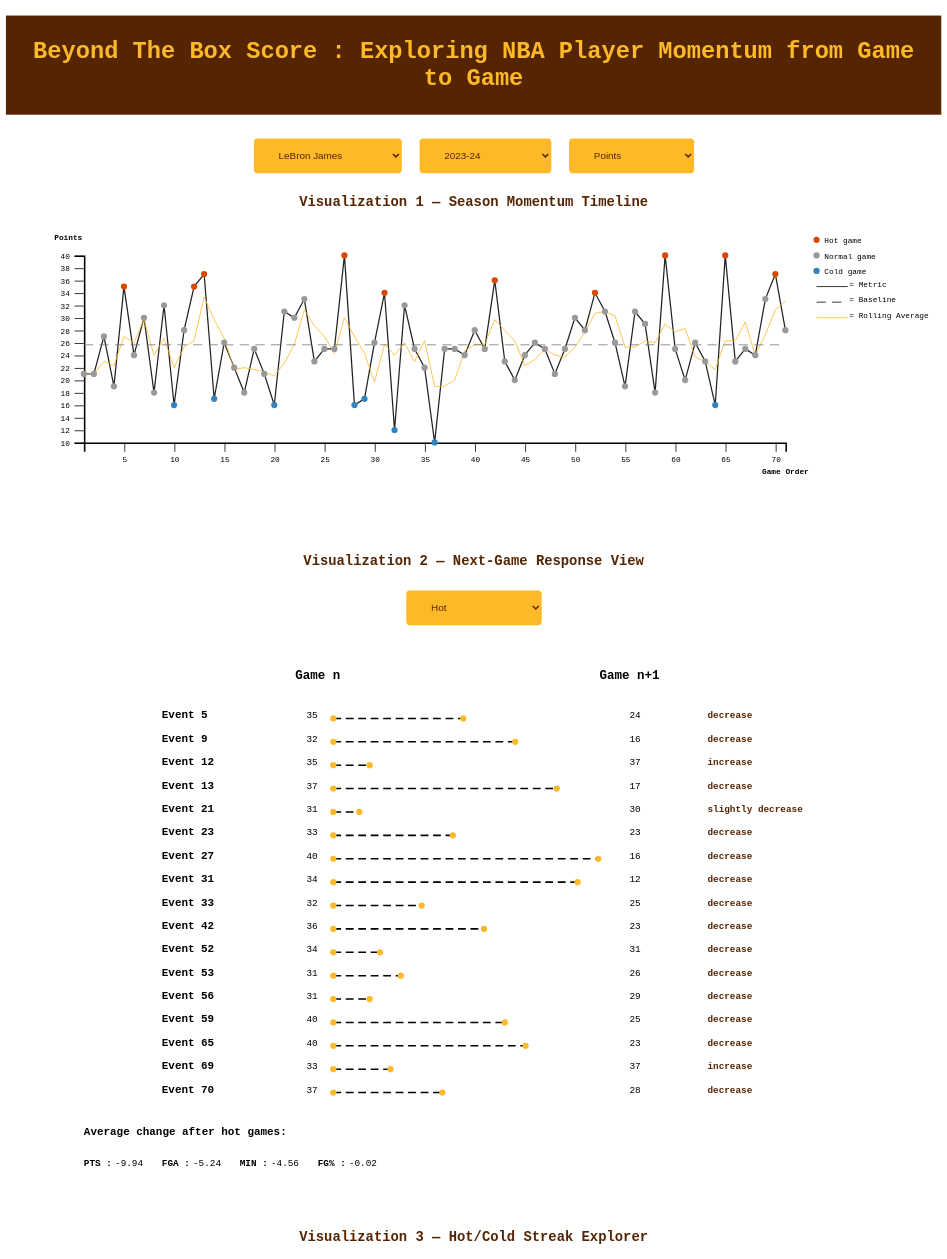
Repository: houdafatih/Data-Viz-Project
Page: index.html
An editor plug-in stored every save of this project. The page is shown before and after the next save, followed by the edit.
The browser window is 1280 px wide. The pictures show the whole page, at 74% of full size.

Above is the page before, as saved 2026-06-19 10:28:59.

### index.html
<!DOCTYPE html>
<html>
   <head>
    <meta charset="UTF-8"/>
    <title>Beyond The Box Score</title>
    <link rel="stylesheet" href="style.css" >
  </head>
  <body>
     <h1>Beyond The Box Score : Exploring NBA Player Momentum from Game to Game</h1>

     <div class="selection">
        <select id="playerSelect">
            <option selected disabled>Select a Player</option>
        </select>

        <select id="seasonSelect">
            <option selected disabled>Select a Season</option>
        </select>

        <select id="metricSelect">
            <option selected disabled>Select a metric</option>
            <option value="pts">Points</option>
            <option value="fga">FGA</option>
            <option value="min">Minutes</option>
            <option value="fg_pct">FG%</option>
            <option value="plus_minus">Plus/Minus</option>
        </select>
     </div>

     <h3>Visualization 1 — Season Momentum Timeline</h3>
     <div id="vizual1"></div>

     <h3>Visualization 2 — Next-Game Response View</h3>
     <div class="selection">
        <select id="performanceSelect">
            <option selected disabled>Select event type</option>
            <option value="all">All</option>
            <option value="hot">Hot</option>
            <option value="cold">Cold</option>
            <option value="normal">Normal</option>
        </select>
     </div>
     <div id="vizual2"></div>

     <h3>Visualization 3 — Hot/Cold Streak Explorer</h3>
     <!---<div id="vizual3"></div>

     <h3>Visualization 4 — Context Impact View</h3>
     <div id="vizual4"></div> ---->

  </body>
  <script src="https://d3js.org/d3.v7.min.js"></script>
  <script type="module" src="index.js"></script>
</html>

### style.css
body{
    padding: 0px;
}
h1{
  text-align: center;
  font-size: 2rem;
  font-family: "Courier New", Courier, monospace;
  color : #fdb927;
  background-color: #552503;
  padding: 30px;

}
.selection{
    text-align: center;
}
select{
    margin: 10px;
    padding: 15px 30px;
    border-radius: 5px;
    border: none;
    background: #fdb927;
    color:#552503;

}
select option:hover{
    background-color: #fdb927;
}



h3{
    color: #552503;
    font-family: "Courier New", Courier, monospace;
    text-align: center;
}
.tick{
    font-size: 5px;
}
line{
    stroke-width: 0.5px;
}
.label{
    color: #552503;
    font-family: "Courier New", Courier, monospace;
    font-weight: bold;
}

.tooltip{
    position: fixed;
    background: wheat;
    border: 1px solid #ccc;
    padding: 10px;
    font-size: 15px;
    opacity: 0;
    pointer-events: none;

}
text{
    font-family: "Courier New", Courier, monospace;
}
.tooltip2{
    position: fixed;
    background: #fdb927;
    border: 1px solid #ccc;
    padding: 10px;
    font-size: 15px;
    visibility: hidden;
    pointer-events: none;
}
.line2{
    stroke-width: 1px;
}

### index.js
import {playersData,seasonData} from "./scripts/utils.js";
import { drawVisualization1 } from "./scripts/visualization1.js";
import { drawVisualization2 } from "./scripts/visualization2.js";

d3.csv("data/nba.csv").then(function(data){

   data.forEach(element => {
        element.player_id = +element.player_id
        element.game_index = +element.game_index
        element.pts = +element.pts
        element.fga = +element.fga
        element.min = +element.min
        element.fg_pct = +element.fg_pct
        element.plus_minus = +element.plus_minus
        element.next_pts = +element.next_pts
        element.next_fga = +element.next_fga
        element.next_min = +element.next_min
        element.next_fg_pct = +element.next_fg_pct
        element.rolling_pts_avg_3 = +element.rolling_pts_avg_3
        element.baseline_pts = +element.baseline_pts
        element.pts_diff_from_baseline = +element.pts_diff_from_baseline
        element.streak_length = +element.streak_length
   });

   playersData(data)
   seasonData(data)

   const nba_data = data

   d3.select("#playerSelect").property("value",nba_data[0].player_name)

   d3.select("#seasonSelect").property("value",nba_data[0].season_year)

   d3.select("#metricSelect").property("value","pts")

   d3.select("#performanceSelect").property("value","hot")
   updateVisualizations(nba_data)


   d3.select("#playerSelect").on("change",() => updateVisualizations(nba_data))
   d3.select("#seasonSelect").on("change",() => updateVisualizations(nba_data))
   d3.select("#metricSelect").on("change",() => updateVisualizations(nba_data))
   d3.select("#performanceSelect").on("change",() => updateVisualizations(nba_data))

})

function updateVisualizations(nba_data){
    const player = d3.select("#playerSelect").property("value")
    const season = d3.select("#seasonSelect").property("value")
    const metric = d3.select("#metricSelect").property("value")
    const eventT = d3.select("#performanceSelect").property("value")

    if(player === "Select a Player" || season === "Select a Season" || metric === "Select a metric"){
        return
    }

    let data_filter = nba_data.filter(d => d.player_name === player && d.season_year == season)
    drawVisualization1(data_filter,"#vizual1",metric)

    if(eventT === "Select event type"){
        return
    }
    drawVisualization2(data_filter,"#vizual2",metric,eventT)

}

### scripts/utils.js
export function playersData(data){
    const players_list = [...new Set(data.map(dt => dt.player_name))]

    d3.select("#playerSelect").selectAll(".players-options").data(players_list)
    .enter().append("option").attr("class","players-options").attr("value",dt=>dt).text(dt => dt)
}

export function seasonData(data){
    const seasons_list = [...new Set(data.map(dt => dt.season_year))]
    d3.select("#seasonSelect").selectAll(".seasons-options").data(seasons_list)
    .enter().append("option").attr("class","seasons-options").attr("value",dt=>dt).text(dt => dt)
}

### scripts/visualization1.js
export function drawVisualization1(data,id,metric){
     if(data.length === 0) {
        clearCanvas(id)
        return
    }
     const canvas = createCanvas()

     clearCanvas(id)

     const svg = addSvg(id,canvas)
     const sc = addScales(data,canvas,metric)

     addAxes(svg,sc,canvas)
     addMetricLine(svg,sc,data,metric)
     addAverageLine(svg,sc,data,metric)
     addBaselineLine(svg,sc,data,metric)
     addPoints(svg,sc,data,metric)
     addLabels(svg,canvas,metric)

     addLegends(svg,canvas)
}

function createCanvas(){
    return{
        width : 600, height: 200, margin:{top: 20,right:100, bottom:60, left:50}
    }
}

function clearCanvas(id){
    d3.select(id).html("")
}

function addSvg(id,canvas){
    return d3.select(id).append("svg").attr("viewBox",`0 0 ${canvas.width} ${canvas.height}`)
}

function addScales(data,canvas,metric){
    const xScale =
    d3.scaleLinear().domain(d3.extent(data,dt => dt.game_index))
    .range([canvas.margin.left,canvas.width - canvas.margin.right])

    const yScale =
      d3.scaleLinear().domain([d3.min(data,d => d[metric]),d3.max(data,d => d[metric])])
      .nice().range([canvas.height - canvas.margin.bottom,canvas.margin.top])

    return {xScale,yScale}
}

function addAxes(svg, scales, canvas){
    svg.append("g").attr("transform",`translate(0, ${canvas.height - canvas.margin.bottom})`)
    .call(d3.axisBottom(scales.xScale))

    svg.append("g").attr("transform",`translate(${canvas.margin.left},0)`)
    .call(d3.axisLeft(scales.yScale))
}

function addMetricLine(svg,scales,data,metric){
    let line = d3.line().x(d => scales.xScale(d.game_index)).y(d => scales.yScale(d[metric]))

    svg.append("path").datum(data).attr("fill","none").attr("stroke","#222")
     .attr("stroke-width",0.8).attr("d",line)
}

function addAverageLine(svg,scales,data,metric){
    if(metric != "pts") return
    let avg_line = d3.line().x(d => scales.xScale(d.game_index)).y(d => scales.yScale(d.rolling_pts_avg_3))

    svg.append("path").datum(data).attr("fill","none").attr("stroke","#fdb927")
     .attr("stroke-width",0.5).attr("d",avg_line)
}

function addBaselineLine(svg,scales,data,metric){

    let base_line = d3.mean(data,d => d[metric])


    svg.append("line")
    .attr("x1",scales.xScale(d3.min(data,dt => dt.game_index))).attr("x2",scales.xScale(d3.max(data,dt => dt.game_index)))
    .attr("y1",scales.yScale(base_line)).attr("y2",scales.yScale(base_line))
    .attr("stroke","#777").attr("stroke-dasharray","6 4")
}

function addPoints(svg,scales,data,metric){
    const tooltip = toolTip()

    svg.selectAll("circle").data(data).enter()
     .append("circle").attr("class","game-pt")
     .attr("cx", d => scales.xScale(d.game_index))
     .attr("cy",d => scales.yScale(d[metric]))
     .attr("r",2).attr("fill",d => colorPoint(d.performance_label))
     .on("mouseover",function(event,d){
        d3.select(this).attr("r",3)
        tooltip.style("opacity",1).html(tooltipInformations(d))
     })
     .on("mousemove",function(event){
        tooltip.style("left",event.clientX+15+"px")
          .style("top",event.clientY-20+"px")
     })
     .on("mouseout",function(){
        d3.select(this)
        .attr("r",2)
        tooltip.style("opacity",0)
     })
     //.on("click",function(event,d){
       // highlightGameandNextGame(svg,data,d)
    // })



}

function colorPoint(perf){
    if(perf === "hot") return "#d94801"
    if(perf === "cold") return "#3182bd"
    return "#999"
}

function addLabels(svg,canvas,metric){
    svg.append("text").attr("class","label")
    .attr("x",canvas.width - 100).attr("y",canvas.height-40)
    .attr("text-anchor","middle").attr("font-size","5px")
    .text("Game Order")

    svg.append("text").attr("class","label")
    .attr("x",40).attr("y",10)
    .attr("text-anchor","middle").attr("font-size","5px")
    .text(metricName(metric))
}

function metricName(metric){
    if(metric === "pts") return "Points"
    if(metric === "fga") return "Field Goal Attempts"
    if(metric === "min") return "Minutes"
    if(metric === "fg_pct") return "Field Goal Percentage"
    if(metric === "plus_minus") return "Plus / Minus"
}

function addLegends(svg,canvas){
    const lg = svg.append("g").attr("transform",
        `translate(${canvas.width - canvas.margin.right+20},${canvas.margin.top-10})`)


    lg.append("circle").attr("cx",0).attr("cy",0).attr("r",2).attr("fill","#d94801")
    lg.append("text").attr("x",5).attr("y",2).text("Hot game").attr("font-size","5px")

    lg.append("circle").attr("cx",0).attr("cy",10).attr("r",2).attr("fill","#999")
    lg.append("text").attr("x",5).attr("y",12).text("Normal game").attr("font-size","5px")

    lg.append("circle").attr("cx",0).attr("cy",20).attr("r",2).attr("fill","#3182bd")
    lg.append("text").attr("x",5).attr("y",22).text("Cold game").attr("font-size","5px")


    lg.append("line").attr("x1",0).attr("x2",20).attr("y1",30).attr("y2",30)
    .attr("stroke","black").attr("stroke-width",2)
    lg.append("text").attr("x",21).attr("y",30).text(" = Metric").attr("font-size","5px")

    lg.append("line").attr("x1",0).attr("x2",20).attr("y1",40).attr("y2",40)
    .attr("stroke","black").attr("stroke-dasharray","6 4")
    lg.append("text").attr("x",21).attr("y",40).text(" = Baseline").attr("font-size","5px")

    lg.append("line").attr("x1",0).attr("x2",20).attr("y1",50).attr("y2",50)
    .attr("stroke-width",2).attr("stroke","#fdb927")
    lg.append("text").attr("x",21).attr("y",50).text(" = Rolling Average").attr("font-size","5px")
}

function toolTip(){
    let tooltip = d3.select("body").select(".tooltip")
    if(tooltip.empty()){
        tooltip = d3.select("body").append("div").attr("class","tooltip")
    }

    return tooltip
}

function tooltipInformations(data){
    return `<strong> Game ${data.game_index} </strong><br>
            Date : ${data.game_date}<br>
            Home/Away : ${data.home_away}<br>
            Points : ${data.pts}<br>
            Minutes : ${data.min}<br>
            FGA : ${data.fga}<br>
            Next Game Points : ${data.next_pts}<br>`
}

function highlightGameandNextGame(svg,data,selected){
    const nextG = data.find(d => d.game_index === selected.game_index + 1)

    svg.selectAll(".game-point").attr("r",8).attr("stroke","none").attr("opacity",0.4)

    svg.selectAll(".game-point").filter(d => d.game_index === selected.game_index)
    .attr("stroke","black").attr("stroke-width",3).attr("r",5).attr("opacity",1)

    if(nextG){
        svg.selectAll(".game-point").filter(d => d.game_index === nextG.game_index)
       .attr("stroke","#3182bd").attr("stroke-width",3).attr("r",8).attr("opacity",1)
    }
}

### scripts/visualization2.js
export function drawVisualization2(data,id,metric,eventT){
    if(data.length === 0) {
        clearCanvas(id)
        return
    }


     let new_data = createData(data,metric)

     if(eventT !== "all"){
        new_data = new_data.filter(d => performance_filter(d.current_g,data,metric) === eventT)
     }

     const canvas = createCanvas(new_data)

     clearCanvas(id)

     const svg = addSvg(id,canvas)

     draw_Header(svg,200,400)
     draw_Rows(svg,new_data,200,400,canvas.margin,15)
     addSummaryCard(svg,new_data,eventT,canvas)

}
function createCanvas(new_data){
    return{
        width : 600, height: 100 + new_data.length *16 , margin:{top: 20,right:100, bottom:60, left:50}
    }
}

function clearCanvas(id){
    d3.select(id).html("")
}

function addSvg(id,canvas){
    return d3.select(id).append("svg").attr("viewBox",`0 0 ${canvas.width} ${canvas.height}`)
}

function createData(data,metric){
   const new_data = data.slice().sort((a,b) => a.game_index - b.game_index)

   return new_data.slice(0,-1).map((d,j) => {
      const nextG = new_data[j+1]

      return {
        eventN: j+1,
        game_idx : d.game_index,
        nextg_index : nextG.game_index,
        current_v: d[metric],
        next_v : nextG[metric],
        difference : nextG[metric] - d[metric],
        current_g : d,
        next_g : nextG
      }
   })
}

function draw_Header(svg,left,right){
    svg.append("text").attr("x",left).attr("y",30)
    .attr("text-anchor","middle").attr("font-weight","bold").attr("font-size","8px").text("Game n")

    svg.append("text").attr("x",right).attr("y",30)
    .attr("text-anchor","middle").attr("font-weight","bold").attr("font-size","8px").text("Game n+1")

}

function draw_Rows(svg,new_data,left,right,margin,r_height){
    const tooltip = toolTip2(new_data)

    const rows = svg.selectAll(".response-row").data(new_data).enter()
     .append("g").attr("class","response-row")
     .attr("transform",(d,j) => `translate(0,${margin.top+j*r_height})`)

    rows.append("text").attr("x",100).attr("y",35).text(d =>`Event ${d.eventN}` )
     .attr("font-size","7px").attr("font-weight","bold")
    rows.append("text").attr("x",left).attr("y",35).attr("text-anchor","end").text(d => d.current_v).attr("font-size","6px")

    const line_scale = d3.scaleLinear().domain([0,d3.max(new_data, d => Math.abs(d.difference))]).range([20,180])

    rows.append("line").attr("x1",left+10).attr("class","line2")
    .attr("x2",d => { const l= line_scale(Math.abs(d.difference))
        return left+l

    })
    .attr("y1",35).attr("y2",35).attr("stroke","black").attr("stroke-dasharray","5 3")
    .on("mouseover",function(event,d){
        tooltip.style("visibility","visible").html(tooltipInformations2(d))
     })
     .on("mousemove",function(event){
        tooltip.style("left",event.clientX+15+"px")
          .style("top",event.clientY-20+"px")
     })
     .on("mouseout",function(){
        tooltip.style("visibility","hidden")
     })

    rows.append("circle").attr("cx",left+10).attr("cy",35).attr("r",2).attr("fill","#fdb927")
    rows.append("circle").attr("cx",d => { const l= line_scale(Math.abs(d.difference))
        return left+l

    }).attr("cy",35).attr("r",2).attr("fill","#fdb927")

    rows.append("text").attr("x",right).attr("y",35).text(d => d.next_v).attr("font-size","6px")

    rows.append("text").attr("x",right+50).attr("y",35).text(d => difference_label(d.difference))
    .attr("font-size","6px").attr("fill","#552503").attr("font-weight","bold")

}

function difference_label(diff){
    if(diff > 1) return "increase"
    if(diff < -1) return "decrease"
    if(diff < 0) return "slightly decrease"
    if(diff > 0) return "slightly increase"
    return "stable"
}

function performance_filter(d,data,metric){
   const bLine = d3.mean(data,dt => dt[metric])
   const th = Math.abs(bLine) * 0.2
   const dv = d[metric] - bLine

   if(dv > th) return "hot"
   if(dv < -th) return "cold"
   return "normal"
}

function addSummaryCard(svg,new_data,eventT,canvas){

    svg.append("text").attr("x",50).attr("y",canvas.height-50)
    .attr("font-weight","bold").text(`Average change after ${eventT} games:`).attr("font-size","7px")

    const metrics_change = new_data.map(d => {
        const pts = d.current_g["next_pts"] - d.current_g["pts"]
        const fga = d.current_g["next_fga"] - d.current_g["fga"]
        const min = d.current_g["next_min"] - d.current_g["min"]
        const fg_pct = d.current_g["next_fg_pct"] - d.current_g["fg_pct"]

        return {"pts":pts,"fga":fga,"min":min,"fg_pct":fg_pct}
    })

    const means = [
        {"avg":d3.mean(metrics_change,d => d.pts),"name":"PTS"},
        {"avg":d3.mean(metrics_change,d => d.fga),"name":"FGA"},
        {"avg":d3.mean(metrics_change,d => d.min),"name":"MIN"},
        {"avg":d3.mean(metrics_change,d => d.fg_pct),"name":"FG%"}
    ]

    means.forEach((element,i) => {
        let position = canvas.margin.left+i*50
        svg.append("text").attr("x",position).attr("y",canvas.height-30)
        .attr("font-size","6px").attr("font-weight","bold")
        .text(`${element.name} : `)
        svg.append("text").attr("x",position+20).attr("y",canvas.height-30)
        .attr("font-size","6px")
        .text(`${element.avg.toFixed(2)}`)

    });

}

function toolTip2(){
    let tooltip = d3.select("body").select(".tooltip2")
    if(tooltip.empty()){
        tooltip = d3.select("body").append("div").attr("class","tooltip2")
    }

    return tooltip
}

function tooltipInformations2(data){
    console.log(data)
    return `<strong> Game n - Date: ${data.current_g["game_date"]} </strong><br>
            <strong> Game n - Opponent: ${data.current_g["opponent"]} </strong><br>
            <strong> Game n - Points: ${data.current_g["pts"]} </strong><br>
            <strong> Game n+1 - Date: ${data.next_g["game_date"]} </strong><br>
            <strong> Game n+1 - Opponent: ${data.next_g["opponent"]} </strong><br>
            <strong> Game n+1 - Points: ${data.next_g["pts"]} </strong><br>
    `
}

### scripts/visualization3.js
export function drawVisualization3(data,id,metric){
     if(data.length === 0) {
        clearCanvas(id)
        return
    }
     const canvas = createCanvas()

     clearCanvas(id)

     const svg = addSvg(id,canvas)
}

function createCanvas(){
    return{
        width : 600, height: 200, margin:{top: 20,right:100, bottom:60, left:50}
    }
}

function clearCanvas(id){
    d3.select(id).html("")
}

function addSvg(id,canvas){
    return d3.select(id).append("svg").attr("viewBox",`0 0 ${canvas.width} ${canvas.height}`)
}

After the next save:
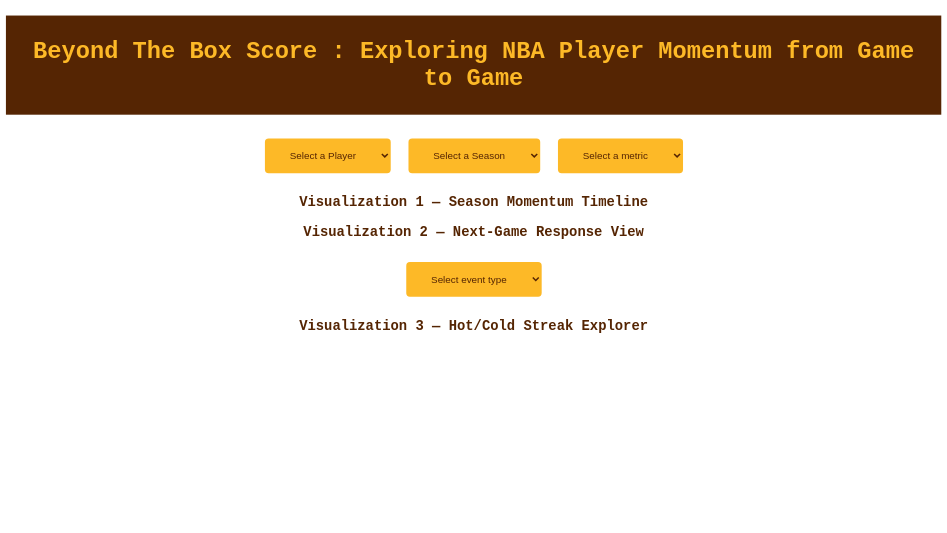
Console error (its wording comes from the project's code and is left out).
Saved 11 s later.
--- a/index.js
+++ b/index.js
@@ -1,6 +1,7 @@
 import {playersData,seasonData} from "./scripts/utils.js";
 import { drawVisualization1 } from "./scripts/visualization1.js";
 import { drawVisualization2 } from "./scripts/visualization2.js";
+import { drawVisualization3 } from "./scripts/visualization2.js";
 
 d3.csv("data/nba.csv").then(function(data){
 

After the save that followed:
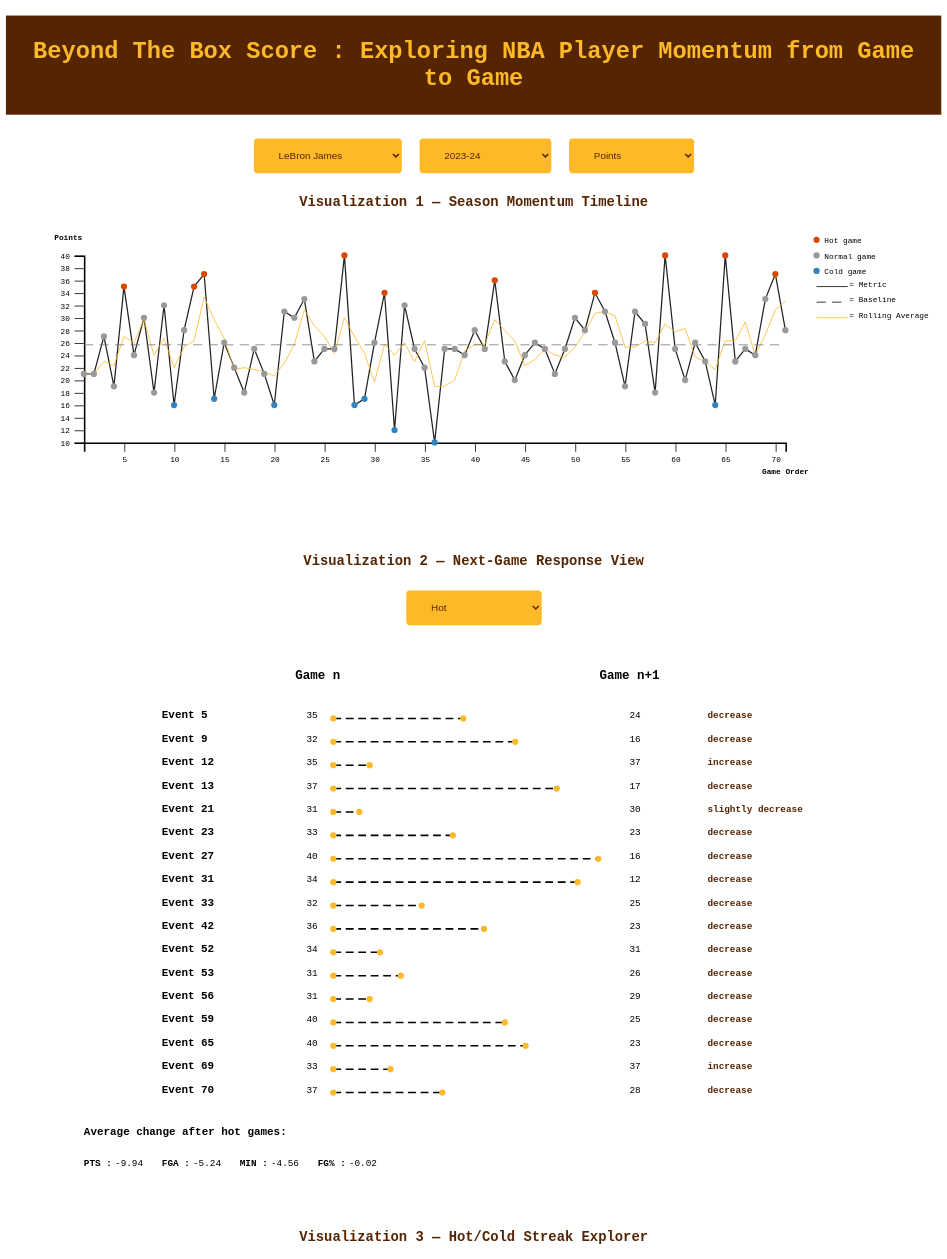
The error is gone.
Saved 5 s later.
--- a/index.js
+++ b/index.js
@@ -1,7 +1,7 @@
 import {playersData,seasonData} from "./scripts/utils.js";
 import { drawVisualization1 } from "./scripts/visualization1.js";
 import { drawVisualization2 } from "./scripts/visualization2.js";
-import { drawVisualization3 } from "./scripts/visualization2.js";
+import { drawVisualization3 } from "./scripts/visualization3.js";
 
 d3.csv("data/nba.csv").then(function(data){
 
